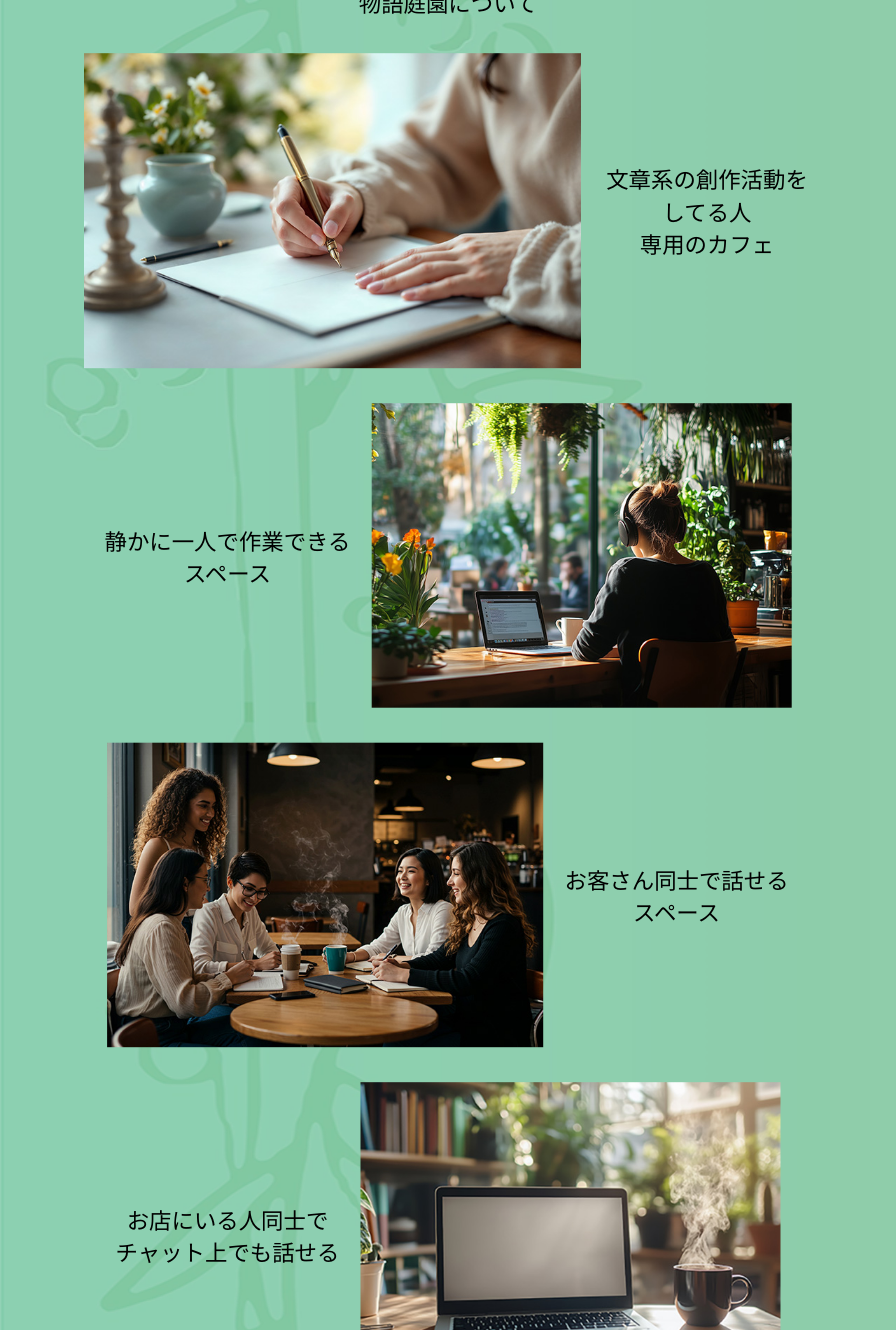
Repository: saka-kou/GardenStory
Page: index.html
The author's editor kept a copy of each file at every save. The page is drawn from the files as they stood at one save, then again after the next save.
The browser window is 1280 px wide. The pictures show the part of the page from y = 1020 to 2920 px (the page is 4810 px tall before and 4885 px after), at 70% of full size.
A picture or video elsewhere on the page could not be fetched, so the positions and the page height are approximate. Some web fonts or font styles are not loaded; a fallback is used.

Above is the page before, as saved 2025-07-24 16:27:22.

After the next save:
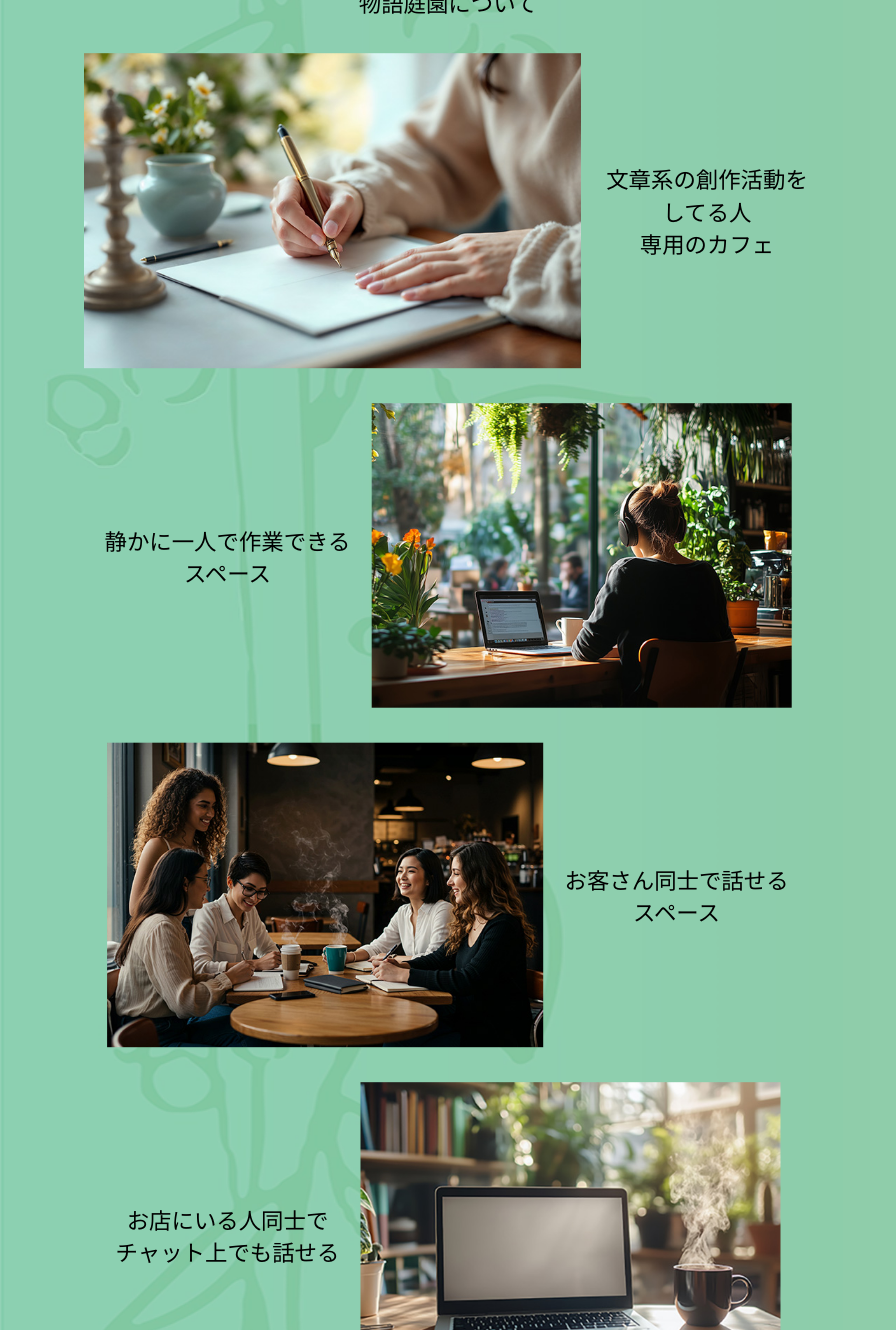
Saved 6 min 28 s later.
--- a/css/index.css
+++ b/css/index.css
@@ -108,7 +108,8 @@ main{
     gap: 149px;
 }
 .topcontents{
-    display: flex;;
+    display: flex;
+    margin: 0 25px 25px;
 }
 .middleWapper{
     display: flex;
@@ -116,7 +117,7 @@ main{
 }
 .middlecontents{
     display: flex;
-    gap: 50px;
+    margin: 0 25px 25px;
 }
 .bottomWapper{
     display: flex;
@@ -124,4 +125,5 @@ main{
 }
 .bottomcontents{
     display: flex;
+    margin-top: 25px;
 }
